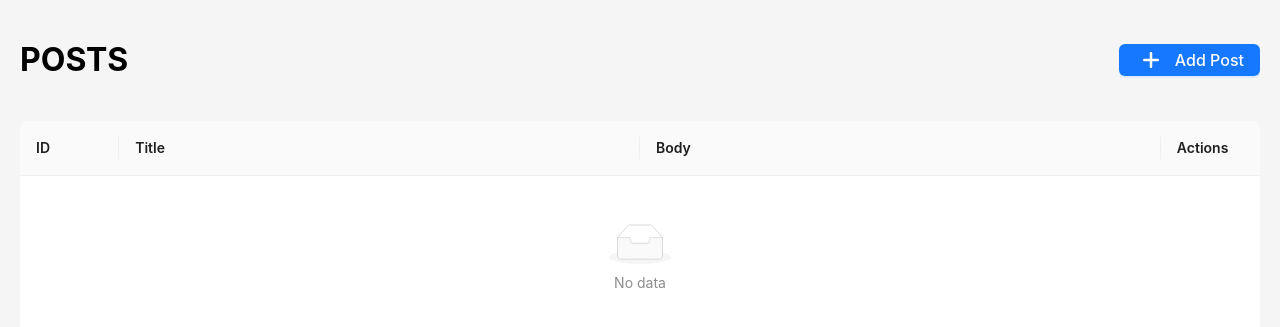
Repository: yasserrrz/Denamo-posts
Page: /
An editor plug-in stored every save of this project. The page is shown before and after the next save, followed by the edit.
The browser window is 1280 px wide. The pictures show the whole page.
The page's requests for data from a server got no answer. The project was rebuilt for these pictures with package versions that can differ from the ones it lists, and the page was loaded fresh each time. No one was signed in, and anything a server would have sent is missing. Also part of the build but not shown: src/components/PostForm.tsx.

Above is the page before, as saved 2024-11-28 16:41:11.

### src/App.tsx
import React, { useState } from 'react';
import { Button, Layout, Modal, Typography } from 'antd';
import DataTable from './components/DataTable';
// import AddPostForm from './components/AddPostForm';
import './App.css';
import PostForm from './components/PostForm';
import {ReactComponent as AddIcon} from "./assets/add-277.svg";
const { Header, Content } = Layout;
const { Title } = Typography;


const App: React.FC = () => {
  const [isModalOpen, setIsModalOpen] = useState(false);
  return (<>
    <Layout style={{ minHeight: '100vh' }}>
      <Content style={{ padding: '20px' }}>
         <div style={{marginTop: '20px ' , marginBottom: '20px' , display: 'flex', justifyContent: 'space-between' , alignItems: 'center' }}>
         <Title level={2} style={{ textAlign: 'center' , marginBottom:"0px" , marginTop:"0px" , fontSize: '32px' , fontWeight: '700' , textTransform: 'uppercase' , color: '#000' }}>
          Posts
        </Title>
         <Button onClick={()=>{setIsModalOpen(true)}} style={{fontSize: '16px' , fontWeight: '500' , padding: '15px'}} type="primary"><AddIcon/> Add Post</Button>
         </div>
        <div style={{ marginTop: '40px' }}>
          <DataTable />
        </div>
      </Content>
    </Layout>
    <Modal open={isModalOpen} title="Add New Post" centered width={800} onCancel={() => setIsModalOpen(false)} footer={null}>
      <PostForm  setIsModalOpen={setIsModalOpen} />
    </Modal>
  </>
  );
};

export default App;

### src/components/DataTable.tsx
import React, { useEffect, useState } from 'react';
import { Table, Button, Modal, Form, Input, notification } from 'antd';
import axios from 'axios';
import { Post } from '../types/Post';
import {ReactComponent as EditIcon} from "../assets/edit.svg"
import {ReactComponent as DeleteIcon} from "../assets/delete-icon-1.svg"
const DataTable: React.FC = () => {
  const [posts, setPosts] = useState<Post[]>([]);
  const [loading, setLoading] = useState<boolean>(true);
  const [editingPost, setEditingPost] = useState<Post | null>(null);
  const [isModalOpen, setIsModalOpen] = useState<boolean>(false);
  const [deleteModalOpen, setDeleteModalOpen] = useState<boolean>(false);

  useEffect(() => {
    const fetchData = async () => {
      setLoading(true);
      try {
        const response = await axios.get<Post[]>('https://jsonplaceholder.typicode.com/posts');
        setPosts(response.data);
      } catch (error) {
        console.log(error);
      } finally {
        setLoading(false);
      }
    };

    fetchData();
  }, []);

  const handleEdit = (post: Post) => {
    setEditingPost(post);
    setIsModalOpen(true);
  };

  const handleUpdatePost = async (values: Omit<Post, 'id'>) => {
    if (!editingPost) return;

    try {
      const response = await axios.put<Post>(
        `https://jsonplaceholder.typicode.com/posts/${editingPost.id}`,
        values
      );
      setPosts((prev) =>
        prev.map((post) => (post.id === editingPost.id ? { ...post, ...response.data } : post))
      );
      notification.success({
        message: 'Post Updated',
        description: `Post with ID ${editingPost.id} was updated successfully.`,
      });
    } catch (error) {
      notification.error({
        message: 'Error',
        description: 'Failed to update the post.',
      });
    } finally {
      setIsModalOpen(false);
      setEditingPost(null);
    }
  };

  const handleDelete = async (id: number) => {
    try {
      await axios.delete(`https://jsonplaceholder.typicode.com/posts/${id}`);
      setPosts((prev) => prev.filter((post) => post.id !== id));
      notification.success({
        message: 'Post Deleted',
        description: `Post with ID ${id} was deleted successfully.`,
      });
    } catch (error) {
      notification.error({
        message: 'Error',
        description: 'Failed to delete the post.',
      });
    }
    setDeleteModalOpen(false);
  };

  const columns = [
    {
      title: 'ID',
      dataIndex: 'id',
      key: 'id',
      width: '8%',
      render: (text: string) => <span style={{ fontSize: '12px', color: '#888' }}>{text}</span>,
    },
    {
      title: 'Title',
      dataIndex: 'title',
      key: 'title',
    },
    {
      title: 'Body',
      dataIndex: 'body',
      key: 'body',
    },
    {
      title: 'Actions',
      key: 'actions',
      width: '8%',
      render: (text: any, record: Post) => (
        <div style={{ width: '100%', display: 'flex', gap: '10px', justifyContent: 'space-around' }}>
          <Button type="primary"  onClick={() => handleEdit(record)}>
            <EditIcon/>
          </Button>
          <Button type={"primary"} danger onClick={() => {
            setEditingPost(record);
            setDeleteModalOpen(true);
          }}>
            <DeleteIcon/>
          </Button>
        </div>
      ),
    },
  ];

  return (
    <>
      <Table
        dataSource={posts}
        columns={columns}
        rowKey="id"
        loading={loading}
        scroll={{ y: "calc(100vh - 250px)",  x: 700}}
        pagination={{ pageSize: 10 }}
      />

      {/* edit modal */}
      <Modal
        title="Edit Post"
        open={isModalOpen}
        onCancel={() => setIsModalOpen(false)}
        footer={null}

        centered
      >
        <Form
          initialValues={{ title: editingPost?.title, body: editingPost?.body }}
          onFinish={handleUpdatePost}
          layout="vertical"
        >
          <Form.Item
            name="title"
            label="Title"
            rules={[{ required: true, message: 'Please input the title!' }]}

          >
            <Input placeholder="Enter post title" />
          </Form.Item>
          <Form.Item
            name="body"
            label="Body"
            rules={[{ required: true, message: 'Please input the body!' }]}
          >
            <Input.TextArea rows={4} placeholder="Enter post body" />
          </Form.Item>
          <Form.Item style={{ textAlign: 'center' , display: 'flex', justifyContent: 'flex-end' }}>
            <Button type="default"  htmlType="submit">
              Update Post
            </Button>
          </Form.Item>
        </Form>
      </Modal>

      {/* Delete modal */}
      <Modal
        title="Delete Post"
        open={deleteModalOpen}
        onCancel={() => setDeleteModalOpen(false)}
        footer={null}

        centered
      >
        <p>Are you sure you want to delete this post?</p>
        <div style={{ display: 'flex', gap: '10px', justifyContent: "flex-end" }}>
          <button className='delete-btn' onClick={() => handleDelete(editingPost?.id || 0)}>
            Yes
          </button>
          <button  className='cancel' onClick={() => setDeleteModalOpen(false)}>No</button>
        </div>
      </Modal>
    </>
  );
};

export default DataTable;

### src/App.css
.cancel{
  color: #000000e0;
  background-color: #fff;
  border: 1px solid #000000e0;
  border-radius: 8px;
  padding: 8px 15px;
  cursor: pointer;
  transition: all 0.15s ease-in-out;
}

.cancel:hover{
  background-color: #000000e0;
  color: #fff;
}

.delete-btn{
  color: #fff;
  background-color: #ff4d4f;
  border: 1px solid #ff4d4f;
  border-radius: 8px;
  padding: 8px 15px;
  cursor: pointer;
  transition: all 0.15s ease-in-out;
}

.delete-btn:hover{
  background-color: #fff;
  color: #ff4d4f;
  border: 1px solid #ff4d4f;
}

.ant-table-body {
  scrollbar-width: thin;
  scrollbar-color: #888 #f5f5f5;
  overflow-y: scroll; /* Ensure vertical scrolling is functional */
  scrollbar-width: none; /* Hide scrollbar in Firefox */
}

.ant-table-body ::-webkit-scrollbar-corner
 {
  display: none;
}

.svg-container {
  width: 24px;
  height: 24px;
}

.svg-container svg {
  width: 100%;
  height: 100%;
}

Loaded but not shown: public/index.html (common file); src/index.tsx (common file); src/index.css (common file); src/reportWebVitals.ts (common file)

After the next save:
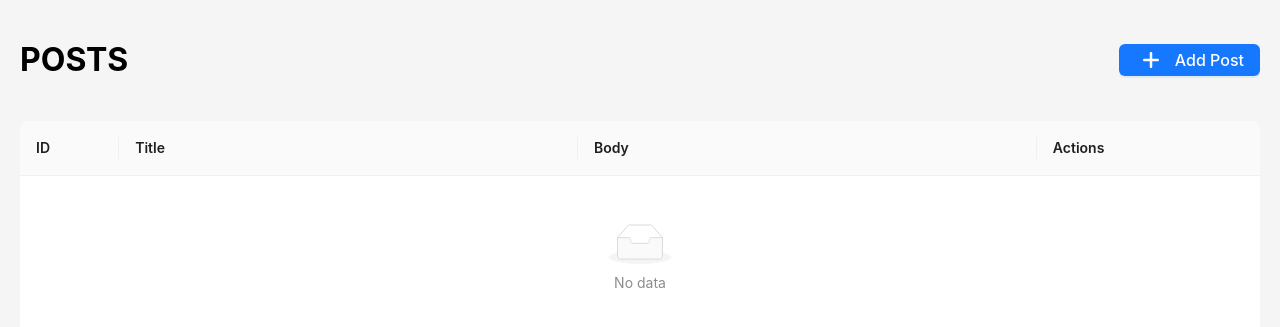
Saved 10 s later.
--- a/src/components/DataTable.tsx
+++ b/src/components/DataTable.tsx
@@ -96,7 +96,7 @@ const DataTable: React.FC = () => {
     {
       title: 'Actions',
       key: 'actions',
-      width: '8%',
+      width: '18%',
       render: (text: any, record: Post) => (
         <div style={{ width: '100%', display: 'flex', gap: '10px', justifyContent: 'space-around' }}>
           <Button type="primary"  onClick={() => handleEdit(record)}>
